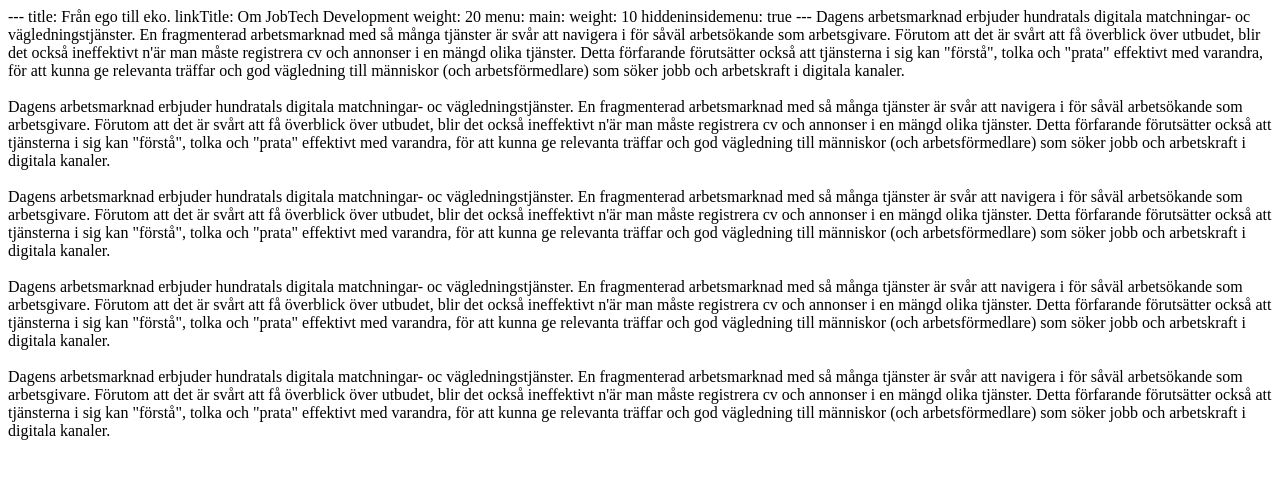
Repository: rudasn/docsy-cms-netlify
Page: content/sv/about/_index.html
An editor plug-in stored every save of this project. The page is shown before and after the next save, followed by the edit.
The browser window is 1280 px wide. The pictures show the whole page.

Above is the page before, as saved 2021-05-04 16:11:18.

After the next save:
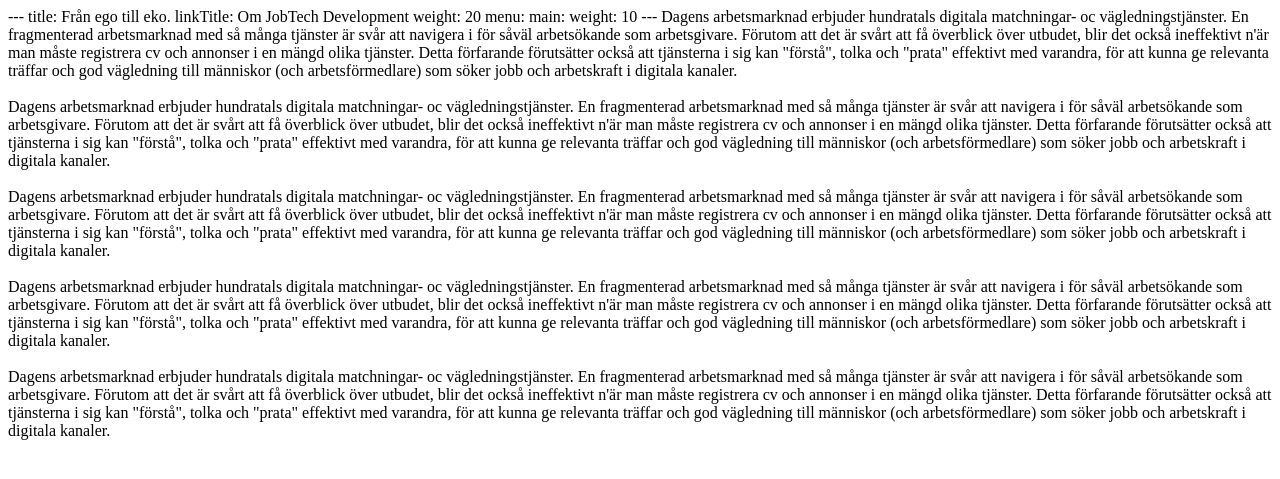
Saved 19 s later.
--- a/content/sv/about/_index.html
+++ b/content/sv/about/_index.html
@@ -6,7 +6,7 @@
 menu:
   main:
     weight: 10
-hiddeninsidemenu: true
+
 ---
 
 
